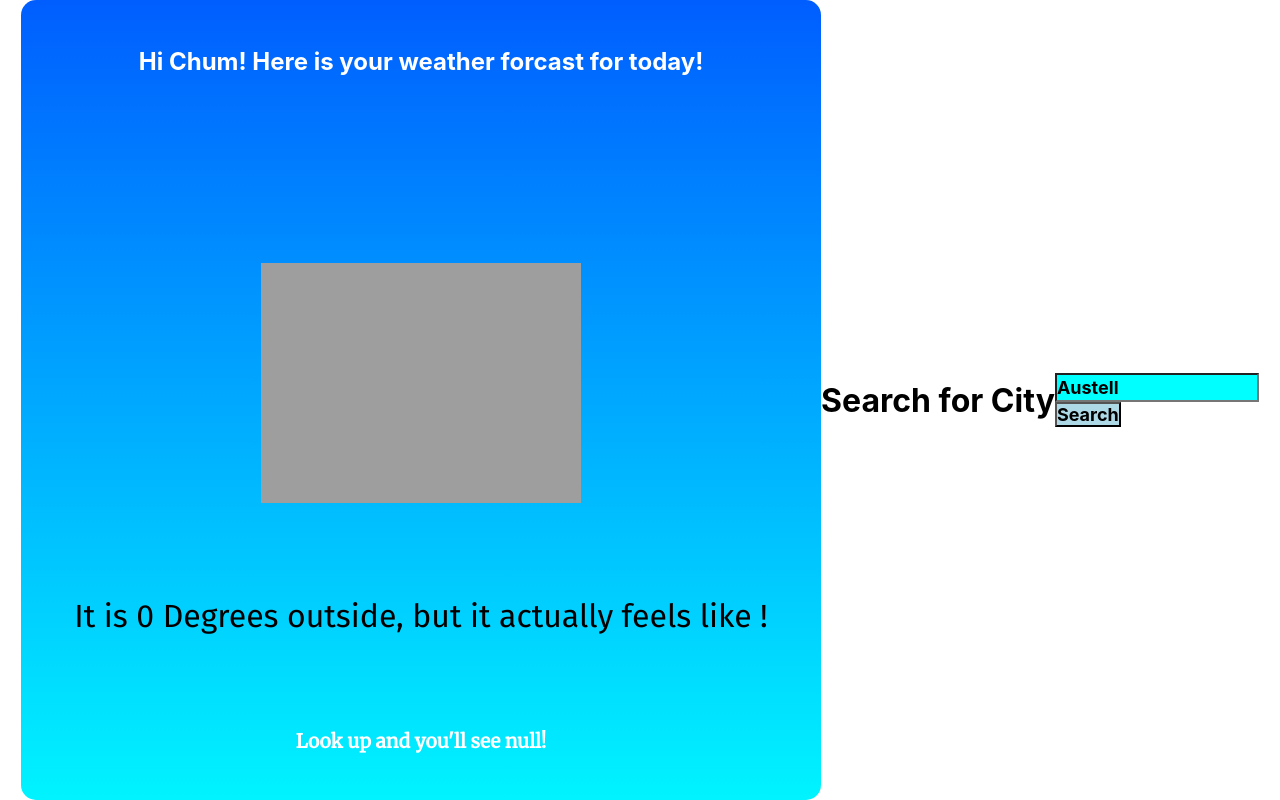
Repository: sayrilamar/chumsweatherapp
Page: /
The author's editor kept a copy of each file at every save. The page is drawn from the files as they stood at one save, then again after the next save.
The browser window is 1280 px wide. The pictures show the whole page.
Pictures or frames that could not be fetched are drawn as grey boxes. The page's requests for data from a server got no answer. The project was rebuilt for these pictures with package versions that can differ from the ones it lists, and the page was loaded fresh each time. No one was signed in, and anything a server would have sent is missing.

Above is the page before, as saved 2020-04-19 08:42:53.

### src/index.css
* {
  margin: 0;
  padding: 0;
  font-family: -apple-system, BlinkMacSystemFont, 'Segoe UI', 'Roboto', 'Oxygen',
    'Ubuntu', 'Cantarell', 'Fira Sans', 'Droid Sans', 'Helvetica Neue',
    sans-serif;
  -webkit-font-smoothing: antialiased;
  -moz-osx-font-smoothing: grayscale;
}

### src/App.js
import React, {useState, useEffect} from "react";
import "./App.css";
import WeatherCard from "./components/WeatherCard/component.js";

function App() {
  const [query,
    setQuery] = useState("Austell");
  const [weather,
    setWeather] = useState({
    temp: null,
    city: null,
    condition: null,
    country: null,
    description: null,
    feels_like: null
  });

  const data = async q => {
    const apiRes = await fetch(`http://api.openweathermap.org/data/2.5/weather?q=${q}&units=imperial&APPID=ab0ef440364092f54ff821ca2b803163`);
    const resJSON = await apiRes.json();
    return resJSON;
  };

  const handleSearch = e => {
    data(query).then(res => console.log(res));
    e.preventDefault();
    data(query).then(res => {
      setWeather({
        temp: res.main.temp,
        city: res.name,
        condition: res.weather[0].main,
        country: res.sys.country,
        description: res.weather[0].description,
        feels_like: res.main.feels_like
      });
    });
  };

  // runs once the dom is loaded for the first time only, because there is no
  // variable being watched in the dependency array
  useEffect(() => {
    data(query).then(res => {
      setWeather({
        temp: res.main.temp,
        city: res.name,
        condition: res.weather[0].main,
        country: res.sys.country,
        description: res.weather[0].description,
        feels_like: res.main.feels_like
      });
    });
  }, []);

  return (
    <div className="App">
      <div>
        <WeatherCard
          temp={Math.round(weather.temp)}
          condition={weather.condition}
          city={weather.city}
          state={weather.country}
          description={weather.description}
          feels_like={weather.feels_like}/>
      </div>
      <h1>Search for City</h1>
      <form>
        <div>
          <input
            className="input"
            value={query}
            onChange={e => setQuery(e.target.value)}/>
        </div>
        <div>
          <button className="button" onClick={e => handleSearch(e)}>
            Search
          </button>
        </div>
      </form>
    </div>
  );
}

export default App;

### src/App.css
@import url("https://fonts.googleapis.com/css?family=Merriweather|Fira+Sans&display=swap");

.App {
  margin: 0 auto;
  color: white;
  display: flex;
  justify-content: center;
  align-items: center;
}

h1 {
  color: black;
}

.input {
  background-color: aqua;
  font-weight: bold;
  height: 25px;
  width: 200px;
  font-size: large;
}

.button {
  height: fit-content;
  font-size: large;
  font-weight: bold;
  background-color: lightblue
}

### src/components/WeatherCard/component.js
import React from "react";
import styled from "@emotion/styled";
import Location from "./Location";
import Icon from "./Icon";
import Condition from "./Condition";

const WeatherCard = ({
    temp,
    condition,
    city,
    state,
    description,
    feels_like
}) => {
    let highColor = 0;
    let lowColor = 0;
    let bg = null;

    if (temp > 53.6) {
        highColor = (1 - (temp - 53.6) / 50.4) * 255;
        lowColor = highColor - 150;
        bg = `linear-gradient(
            to top,
            rgb(255, ${highColor}, 0),
            rgb(255, ${lowColor}, 0)
          )`;
    } else if (temp <= 53.6) {
        highColor = (1 - (temp + 4) / 89) * 255;
        lowColor = highColor - 150;
        bg = `linear-gradient(
            to top,
            rgb(0, ${highColor}, 255),
            rgb(0, ${lowColor}, 255)
          )`;
    }

    const Card = styled.div `
    margin: 0 auto;
    background: ${bg};
    width: 800px;
    height: 800px;
    display: flex;
    flex-direction: column;
    justify-content: space-around;
    align-items: center;
    border-radius: 15px;
  `;

    return (
        <Card>
            <h2>Hi Chum! Here is your weather forcast for today!</h2>
            <Location city={city} state={state}/>
            <Icon condition={condition}/>
            <Condition
                temp={temp}
                condition={condition}
                description={description}
                feels_like={feels_like}/>
        </Card>
    );
};

export default WeatherCard;

### src/components/WeatherCard/Location.js
import React from "react";
import styled from "@emotion/styled";

const Location = ({city, state}) => {
  const Container = styled.div `
    text-align: center;
  `;

  const City = styled.h1 `
    font-family: "Merriweather", sans-serif;
    font-size: 1.6rem;
  `;

  const Country = styled.h3 `
    font-family: "Fira Sans", sans-serif;
    font-size: 1.1rem;
  `;

  return (
    <Container>
      <City>{city}</City>
      <Country>{state}</Country>
    </Container>
  );
};

export default Location;

### src/components/WeatherCard/Icon.js
import React from "react";
import styled from "@emotion/styled";

// https://openweathermap.org/weather-conditions
const Icon = ({condition}) => {
  let icon;
  switch (condition) {
    case "Clouds":
      icon = `02d@2x`;
      break;
    case "Clear":
      icon = `01d@2x`;
      break;
    case "Haze":
      icon = `50d@2x`;
      break;
    case "Fog":
      icon = `50d@2x`;
      break;
    case "Tornado":
      icon = `50d@2x`;
      break;
    case "Dust":
      icon = `50d@2x`;
      break;
    case "Mist":
      icon = `50d@2x`;
      break;
    case "Snow":
      icon = `13d@2x`;
      break;
    case "Rain":
      icon = `10d@2x`;
      break;
    case "Drizzle":
      icon = `11d@2x`;
      break;
    case "Thunderstorm":
      icon = `11d@2x`;
      break;
    default:
      icon = ``;
      break;
  }

  const Icon = styled.img `
    width: 40%;
  `;

  return (<Icon src={`http://openweathermap.org/img/wn/${icon}.png`} alt="Weather Icon"/>);
};

export default Icon;

### src/components/WeatherCard/Condition.js
import React, {Fragment} from "react";
import styled from "@emotion/styled";

const Condition = ({temp, condition, description, feels_like}) => {
  const Temp = styled.h1 `
    font-family: "Fira Sans", sans-serif;
    font-size: 2rem;
    font-weight: 200;
  `;

  const State = styled.h3 `
    font-family: "Merriweather", sans-serif;
    font-size: 1.2rem;
  `;

  return (
    <Fragment>
      <Temp>
        It is {temp + " "}
        Degrees outside, but it actually feels like {feels_like}!
      </Temp>
      <State>{"Look up and you'll see " + description + "!"}</State>
    </Fragment>
  );
};

export default Condition;

Loaded but not shown: public/index.html (common file); src/index.js (common file); src/serviceWorker.js (common file)

After the next save:
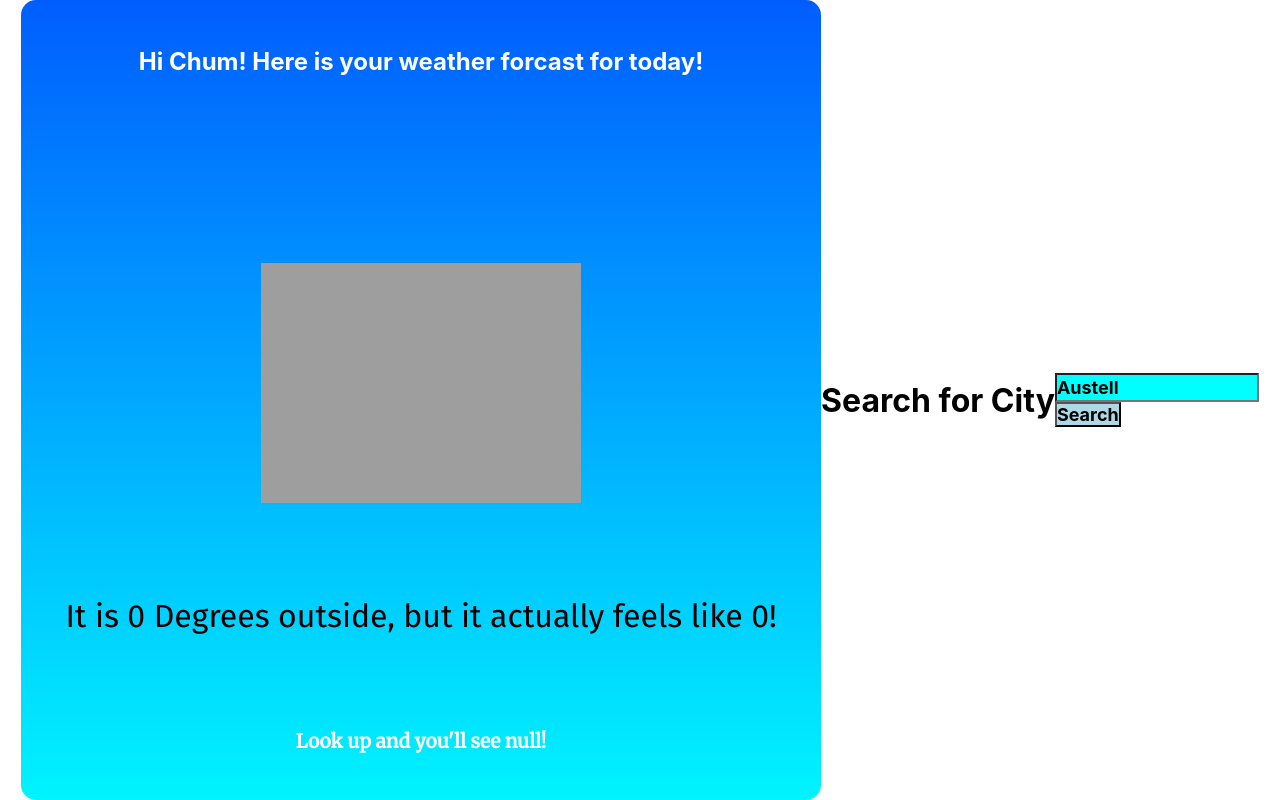
Saved 24 s later.
--- a/src/App.js
+++ b/src/App.js
@@ -60,7 +60,7 @@ function App() {
           city={weather.city}
           state={weather.country}
           description={weather.description}
-          feels_like={weather.feels_like}/>
+          feels_like={Math.round(weather.feels_like)}/>
       </div>
       <h1>Search for City</h1>
       <form>
